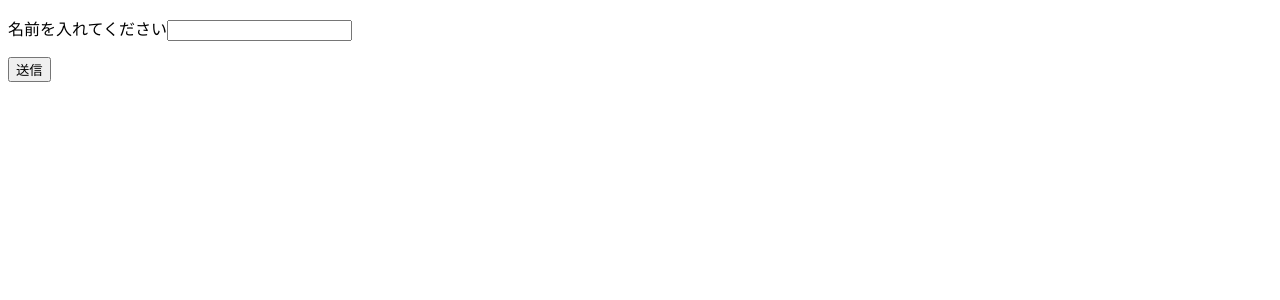
Repository: khlee12/JSP-tutorial
Page: http://localhost/WebApp-01/ScopeSample/scope.jsp
An editor plug-in stored every save of this project. The page is shown before and after the next save, followed by the edit.
The browser window is 1280 px wide. The pictures show the whole page.
The page is served by Tomcat 9.

Above is the page before, as saved 2017-05-05 04:28:04.

After the next save:
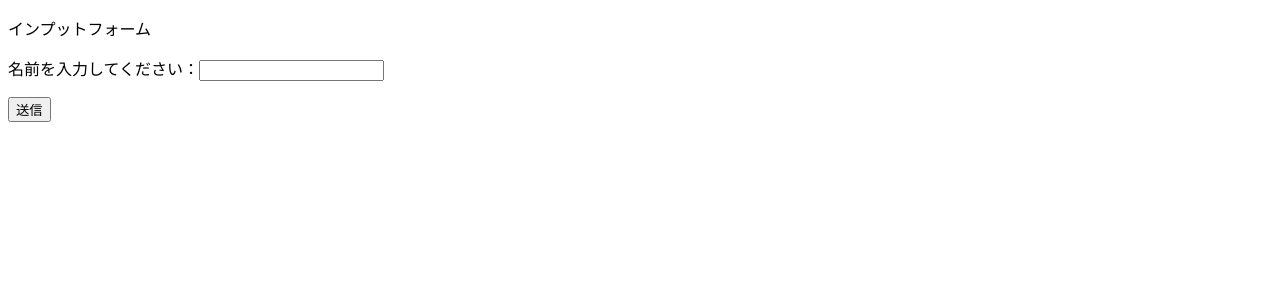
Saved 12 s later.
--- a/WebApp-01/WebContent/ScopeSample/scope.jsp
+++ b/WebApp-01/WebContent/ScopeSample/scope.jsp
@@ -1,17 +1,14 @@
-<%@ page language="java" contentType="text/html; charset=UTF-8"
-    pageEncoding="UTF-8"%>
-<!-- リクエストを飛ばす側 -->
-<!DOCTYPE html PUBLIC "-//W3C//DTD HTML 4.01 Transitional//EN" "http://www.w3.org/TR/html4/loose.dtd">
+<%@ page language="java" contentType="text/html; charset=UTF-8" %>
+<!DOCTYPE html>
 <html>
-<head>
-<meta http-equiv="Content-Type" content="text/html; charset=UTF-8">
-<title>Call ScopeSetServlet to create the scope</title>
-</head>
-<body>
-	<form action="../ScopeSetServlet" method="post">
-		<p>名前を入れてください<input type="text" name="name_request"></p>
-		<input type="submit" value="送信">
-	</form>
-
-</body>
+	<head>
+		<title>Java入門</title>
+	</head>
+	<body>
+		<p>インプットフォーム</p>
+		<form action="../ScopeSetServlet" method="post">
+			<p>名前を入力してください：<input type="text" name="name_request"></p>
+			<input type="submit" value="送信">
+		</form>
+	</body>
 </html>
